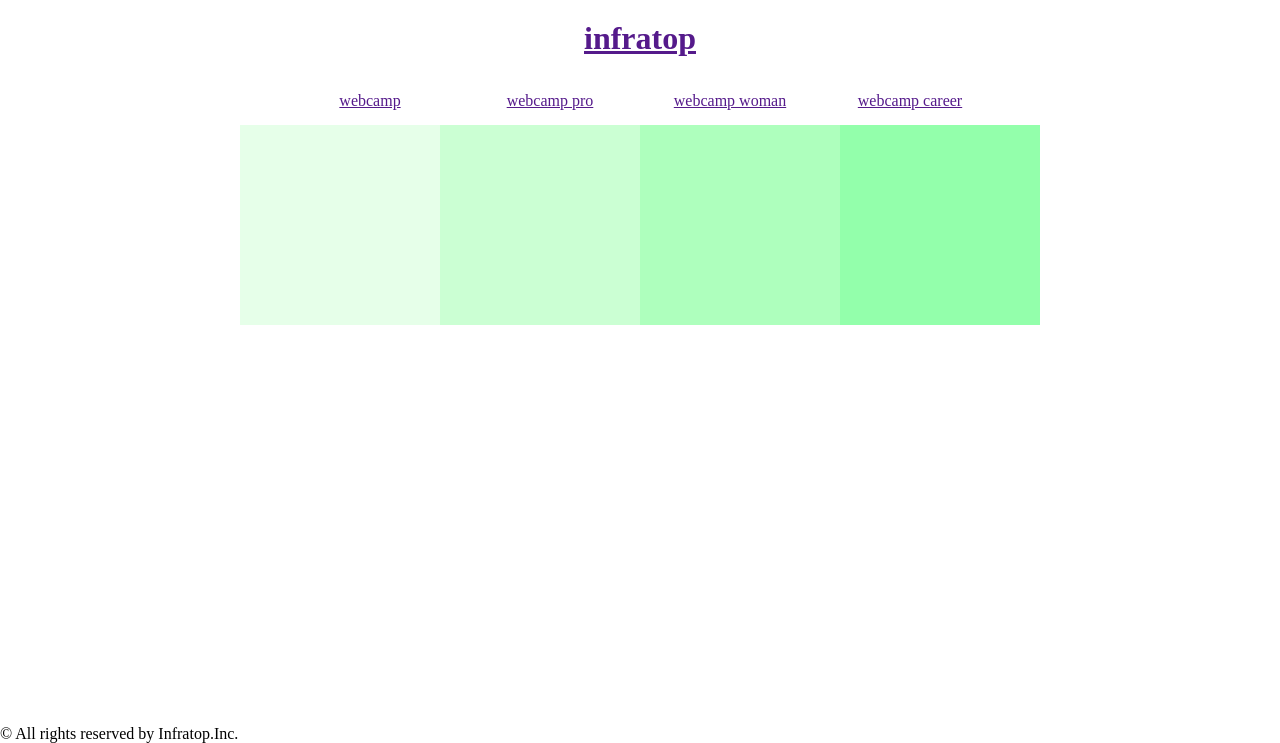
Repository: sutanuki/webcamp
Page: html,css/c5/index.html
The author's editor kept a record of every edit. The page is drawn from the files as they stood at one moment, then again after the next edit.
The browser window is 1280 px wide. The pictures show the whole page.

Above is the page before.

After the next edit:
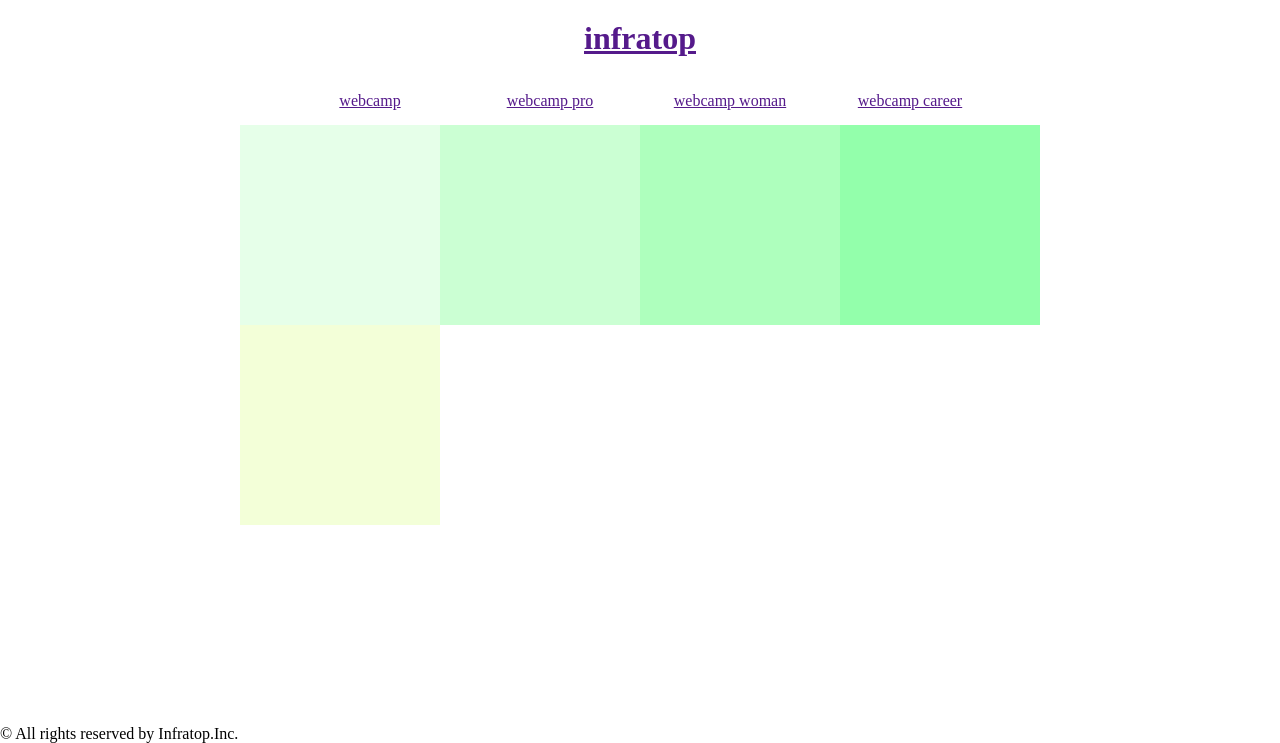
The edit:
--- a/html,css/c5/style.css
+++ b/html,css/c5/style.css
@@ -45,7 +45,7 @@
   background-color: #93ffab;
 }
 .box5{
-  background-color: ;
+  background-color: #f3ffd8;
 }
 .box6{
   background-color: ;
